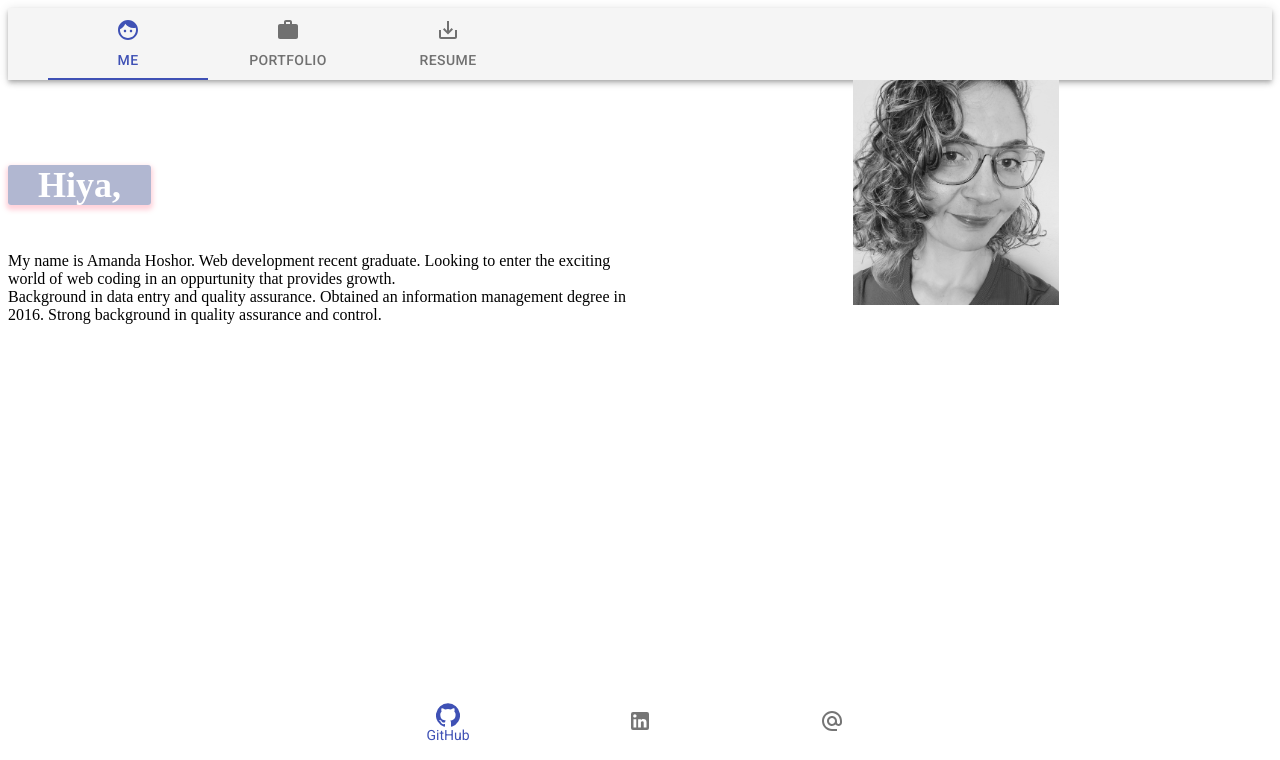
Repository: mandahos/hoshor
Page: /
These files come from the project's save history. The page is drawn as it stood at one moment and after the next save; the edit follows.
The browser window is 1280 px wide. The pictures show the whole page.
The project was rebuilt for these pictures with package versions that can differ from the ones it lists, and the page was loaded fresh each time. Also part of the build but not shown: src/components/Portfolio/index.js, src/components/Resume/index.js. Imported but missing from the stored project, and not drawn on this page: src/assets/resume/Amanda_Hoshor_Resume.PDF, src/assets/resume/Resume_Hoshor (1).pdf.

Above is the page before, as saved 2021-08-22 08:26:05.

### public/index.html
<!DOCTYPE html>
<html lang="en">
  <head>
    <meta charset="utf-8" />
    <link rel="icon" href="%PUBLIC_URL%/favicon.ico" />
    <meta name="viewport" content="width=device-width, initial-scale=1" />
    <meta name="theme-color" content="#000000" />
    <meta
      name="description"
      content="Web site created using create-react-app"
    />
    <link rel="apple-touch-icon" href="%PUBLIC_URL%/logo192.png" />
    <link rel="stylesheet" href="https://fonts.googleapis.com/css?family=Roboto:300,400,500,700&display=swap" />

    <!--
      manifest.json provides metadata used when your web app is installed on a
      user's mobile device or desktop. See https://developers.google.com/web/fundamentals/web-app-manifest/
    -->

    <link rel="stylesheet" href="https://fonts.googleapis.com/icon?family=Material+Icons" />
    <link rel="manifest" href="%PUBLIC_URL%/manifest.json" />
    <!--
      Notice the use of %PUBLIC_URL% in the tags above.
      It will be replaced with the URL of the `public` folder during the build.
      Only files inside the `public` folder can be referenced from the HTML.

      Unlike "/favicon.ico" or "favicon.ico", "%PUBLIC_URL%/favicon.ico" will
      work correctly both with client-side routing and a non-root public URL.
      Learn how to configure a non-root public URL by running `npm run build`.
    -->
    <title>Hoshor</title>
  </head>
  <body>
    <noscript>You need to enable JavaScript to run this app.</noscript>
    <div id="root"></div>
    <!--
      This HTML file is a template.
      If you open it directly in the browser, you will see an empty page.

      You can add webfonts, meta tags, or analytics to this file.
      The build step will place the bundled scripts into the <body> tag.

      To begin the development, run `npm start` or `yarn start`.
      To create a production bundle, use `npm run build` or `yarn build`.
    -->
  </body>
</html>

### src/index.js
import React from 'react';
import ReactDOM from 'react-dom';
import './css/styles.css';
import App from './App';

ReactDOM.render(
  <React.StrictMode>
    <App />

  </React.StrictMode>,
  document.getElementById('root')
);

// If you want to start measuring performance in your app, pass a function
// to log results (for example: reportWebVitals(console.log))
// or send to an analytics endpoint. Learn more: https://bit.ly/CRA-vitals

### src/css/styles.css
.App {
  font-family: Arial, Helvetica, sans-serif;
  text-align: center;
  background-color: #7A6174;
  color: white
}
h1 {
  font-size: 48px;

}
h2 {
  font-size: 14px
}
.About {
  font-family: Cambria, Cochin, Georgia, Times, 'Times New Roman', serif
}
h3 {
  text-align: left;
}

p {
  text-align: left;
}

### src/App.js
import React, { useState } from "react";
import "./css/styles.css";
import  Navigation from "./components/Navigation";
import  Footer  from "./components/Footer";
import { makeStyles } from '@material-ui/core/styles';


// import background from "./assets/images/plug.png"


export default function App() {

  return (
    <div >
      <Navigation />



        <Footer />
    </div>
  )
}

### src/components/Navigation/index.js
import React from 'react';
import PropTypes from 'prop-types';
import { makeStyles } from '@material-ui/core/styles';
import AppBar from '@material-ui/core/AppBar';
import Tabs from '@material-ui/core/Tabs';
import Tab from '@material-ui/core/Tab';

import FaceIcon from '@material-ui/icons/Face';
import WorkIcon from '@material-ui/icons/Work';
import SaveAltIcon from '@material-ui/icons/SaveAlt';

import Typography from '@material-ui/core/Typography';
import Box from '@material-ui/core/Box';

import Me from '../Me/index'
import Portfolio from '../Portfolio/index'
import Resume from '../Resume/index'

function TabPanel(props) {
  const { children, value, index, ...other } = props;

  return (
    <div
      role="tabpanel"
      hidden={value !== index}
      id={`scrollable-force-tabpanel-${index}`}
      aria-labelledby={`scrollable-force-tab-${index}`}
      {...other}
    >
      {value === index && (
        <Box p={3}>
          <Typography>{children}</Typography>
        </Box>
      )}
    </div>
  );
}

TabPanel.propTypes = {
  children: PropTypes.node,
  index: PropTypes.any.isRequired,
  value: PropTypes.any.isRequired,
};

function a11yProps(index) {
  return {
    id: `scrollable-force-tab-${index}`,
    'aria-controls': `scrollable-force-tabpanel-${index}`,
  };
}

const useStyles = makeStyles((theme) => ({
  root: {
    flexGrow: 1,
    width: '100%',
    backgroundColor: theme.palette.background.paper,
  },
}));

export default function ScrollableTabsButtonForce() {
  const classes = useStyles();
  const [value, setValue] = React.useState(0);

  const handleChange = (event, newValue) => {
    setValue(newValue);
  };


  return (
    <>
      <div className={classes.root}>
        <AppBar position="static" color="default">
          <Tabs
            value={value}
            onChange={handleChange}
            variant="scrollable"
            scrollButtons="on"
            indicatorColor="primary"
            textColor="primary"
            aria-label="scrollable force tabs example"
          >

            <Tab label="Me" icon={<FaceIcon />} {...a11yProps(0)} />
            <Tab label="Portfolio" icon={<WorkIcon />} {...a11yProps(1)} />
            <Tab label="Resume" icon={<SaveAltIcon />} {...a11yProps(2)} />
          </Tabs>
        </AppBar>


        {value === 0 && <Me />}
        {value === 1 && <Portfolio />}
        {value === 2 && <Resume />}

      </div>
    </>
  );
}

### src/components/Footer/index.js
import React from 'react';
import { makeStyles } from '@material-ui/core/styles';
import BottomNavigation from '@material-ui/core/BottomNavigation';
import BottomNavigationAction from '@material-ui/core/BottomNavigationAction';
import LinkedInIcon from '@material-ui/icons/LinkedIn';
import GitHubIcon from '@material-ui/icons/GitHub';
import AlternateEmailIcon from '@material-ui/icons/AlternateEmail';
import CSS from './footer.css'

const useStyles = makeStyles({
  root: {
    width: 500,


  },
});

export default function LabelBottomNavigation() {
  const footer = useStyles();
  const [value, setValue] = React.useState('recents');

  const handleChange = (event, newValue) => {
    setValue(newValue);
  };

  return (
    <BottomNavigation value={value} onChange={handleChange} className={footer}>
      <BottomNavigationAction a href="https://github.com/mandahos" label="GitHub" value="recents" icon={<GitHubIcon />} />
      <BottomNavigationAction a href="https://www.linkedin.com/in/amanda-hoshor/" label="LinkedIn" value="favorites" icon={<LinkedInIcon />} />
      <BottomNavigationAction a href="mailto:hoshor.manda@gmail.com" label="Email" value="nearby" icon={<AlternateEmailIcon />} />

    </BottomNavigation>
  );
}

### src/components/Me/index.js
import React from 'react';
import {
  Container,
  Stack,
  Flex,
  Box,
  Heading,
  Text,
  Image

} from '@chakra-ui/react';
import { makeStyles } from '@material-ui/core/styles';


import picture from '../../assets/images/portfolio.jpg'

const useStyles = makeStyles({
  header: {
    background: '#b1b7d1',
    border: 0,
    borderRadius: 3,
    boxShadow: '0 3px 5px 2px rgba(255, 105, 135, .3)',
    color: 'white',
    height: 48,
    padding: '0 30px',
    text: 'Amiko'
  },
});

const Me = () => {
  const classes = useStyles();
  return (

    <Container maxW={'7xl'} >
      <Stack
        align={'center'}
        spacing={{ base: 8, md: 10 }}
        py={{ base: 20, md: 28 }}
        direction={{ base: 'column', md: 'row' }}
        >

        <Stack flex={1} spacing={{ base: 5, md: 10 }}>
          <Heading
            lineHeight={1.1}
            fontWeight={800}
            fontSize={36}

            >
            <Text
              as={'span'}
              position={'relative'}
              _after={{
                content: "''",
                width: 'full',
                height: '80%',
                position: 'absolute',
                bottom: 1,
                left: 0,
                bg: 'red.400',
                zIndex: -1,


              }}
              className={classes.header}>
              Hiya,
            </Text>
            <br />

          </Heading>
          <Text color={'black.500'}>
            My name is Amanda Hoshor. Web development recent graduate. Looking to enter the exciting world of web coding in an oppurtunity that provides growth.
            <br/>
            Background in data entry and quality assurance. Obtained an information management degree in 2016. Strong background in quality assurance and control.
          </Text>
          <Stack
            spacing={{ base: 4, sm: 6 }}
            direction={{ base: 'column', sm: 'row' }}>

          </Stack>
        </Stack>
        <Flex
          flex={1}
          justify={'center'}
          align={'center'}
          position={'relative'}
          w={'full'}>

          <Box
            position={'relative'}
            height={'300px'}
            rounded={'2xl'}
            boxShadow={'2xl'}
            width={'full'}
            overflow={'hidden'}>

            <Image
              alt={'Me'}
              fit={'cover'}
              align={'center'}
              w={'100%'}
              h={'75%'}
              src={
                picture
              }
            />
          </Box>
        </Flex>
      </Stack>
    </Container>
  );
}

export default Me;

### src/components/Footer/footer.css
.root {
    display: block;
    margin-left: auto;
    margin-right: auto;
    margin-top: 25%;
    justify-content: center;
    position: relative;
    bottom: 0;

}

After the next save:
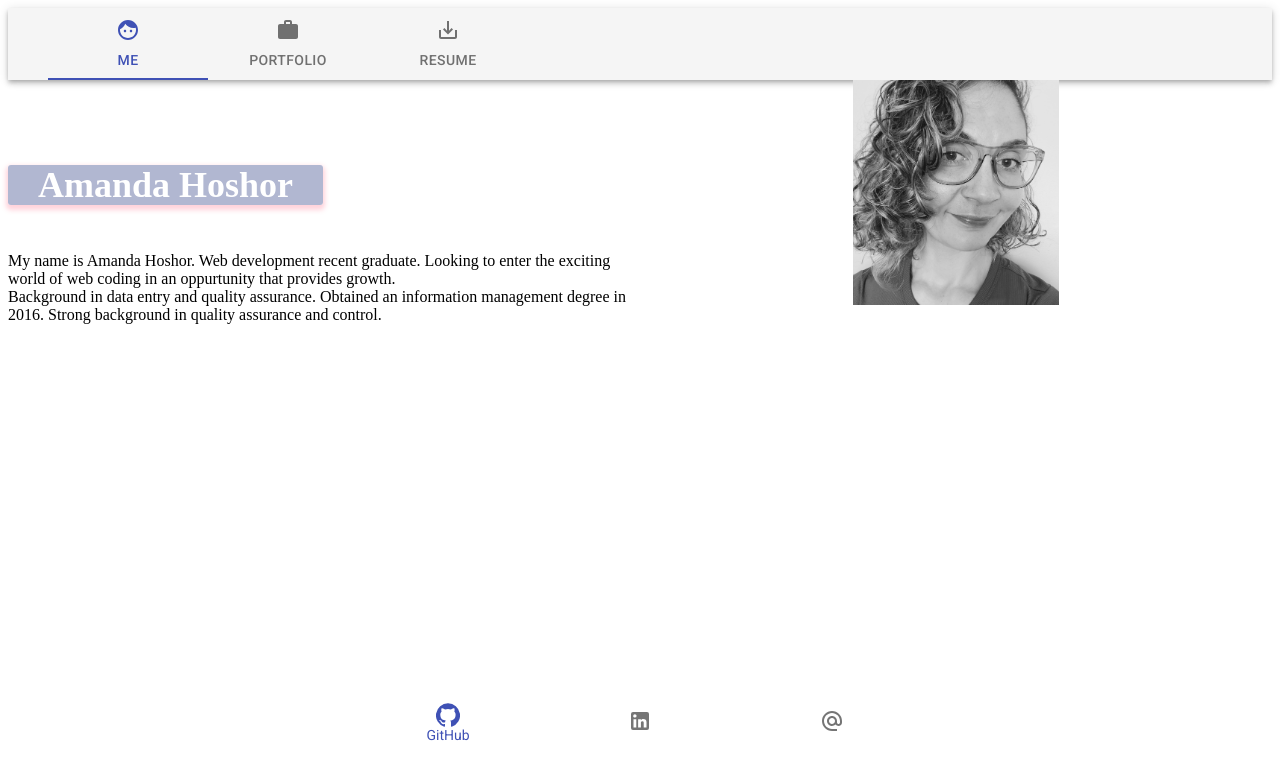
Saved 23 s later.
--- a/src/components/Me/index.js
+++ b/src/components/Me/index.js
@@ -62,7 +62,7 @@ const Me = () => {
 
               }}
               className={classes.header}>
-              Hiya,
+              Amanda Hoshor
             </Text>
             <br />
 
